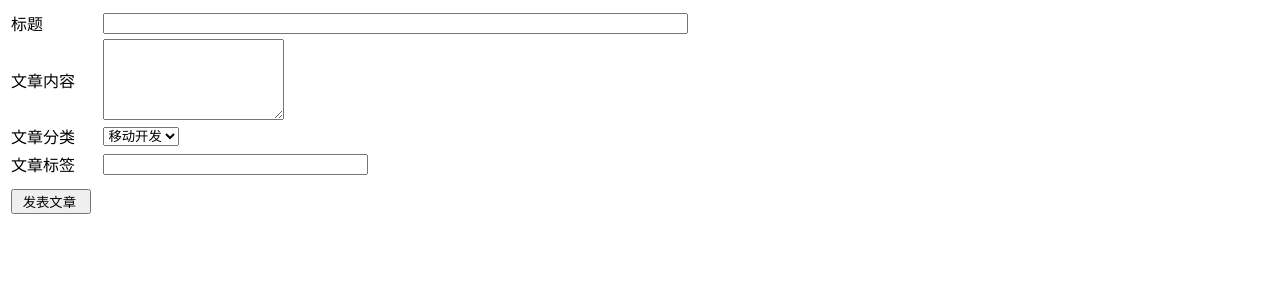
Repository: tangqingyun/java
Page: http://localhost/tamny_blog/postedit.jsp
An editor plug-in stored every save of this project. The page is shown before and after the next save, followed by the edit.
The browser window is 1280 px wide. The pictures show the whole page.
The page is served by Tomcat 9. Nobody is signed in. The application's start-up code is not run.

Above is the page before, as saved 2015-01-21 09:52:51.

After the next save:
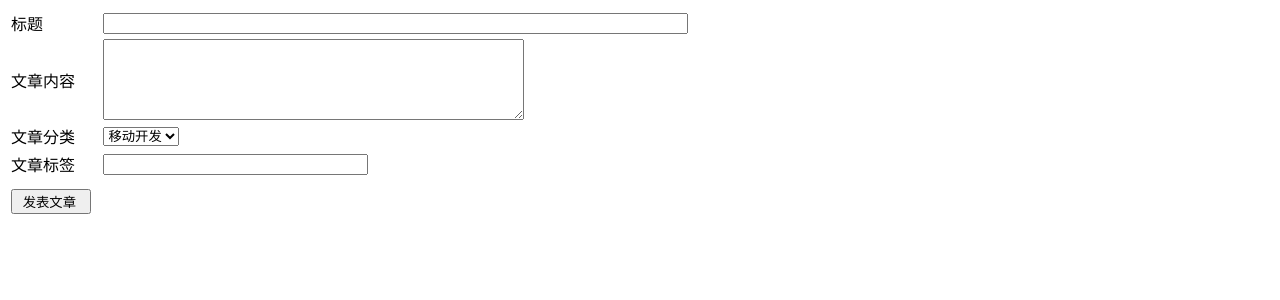
Saved 4 s later.
--- a/tamny_blog/WebContent/postedit.jsp
+++ b/tamny_blog/WebContent/postedit.jsp
@@ -17,7 +17,7 @@
 			</tr>
 			<tr>
 				<td>文章内容</td>
-				<td><textarea name="user.nickname" col="50" rows="5"></textarea></td>
+				<td><textarea name="user.nickname" cols="50" rows="5"></textarea></td>
 			</tr>
 			<tr>
 				<td>文章分类</td>
